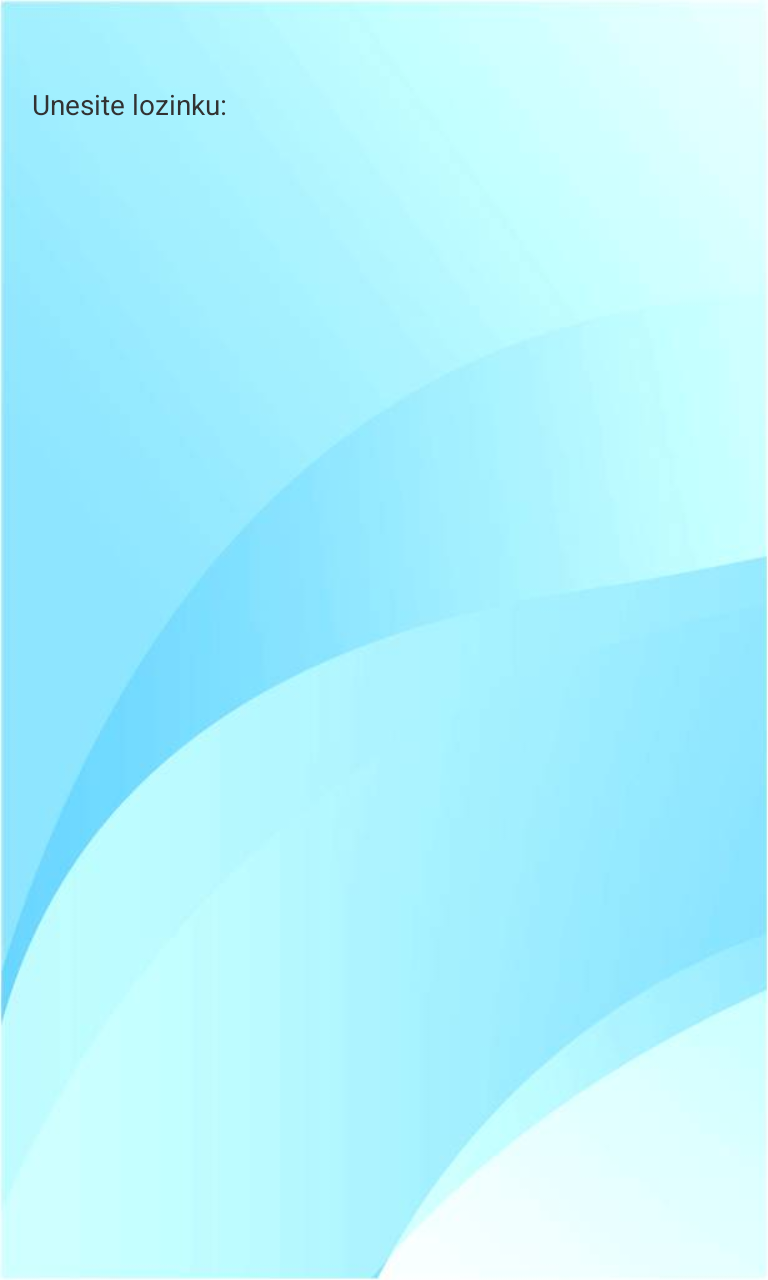
Repository: Anka123/OsobniBankar
Layout: Aplikacija/res/layout/login.xml
These files come from the project's save history. The layout is drawn as it stood at one moment and after the next save; the edit follows.
It is drawn on a 768 x 1280 px phone screen (xhdpi) without system bars, with theme AppTheme; the app's code is not run.

Above is the layout before, as saved 2015-03-20 16:58:34.

After the next save:
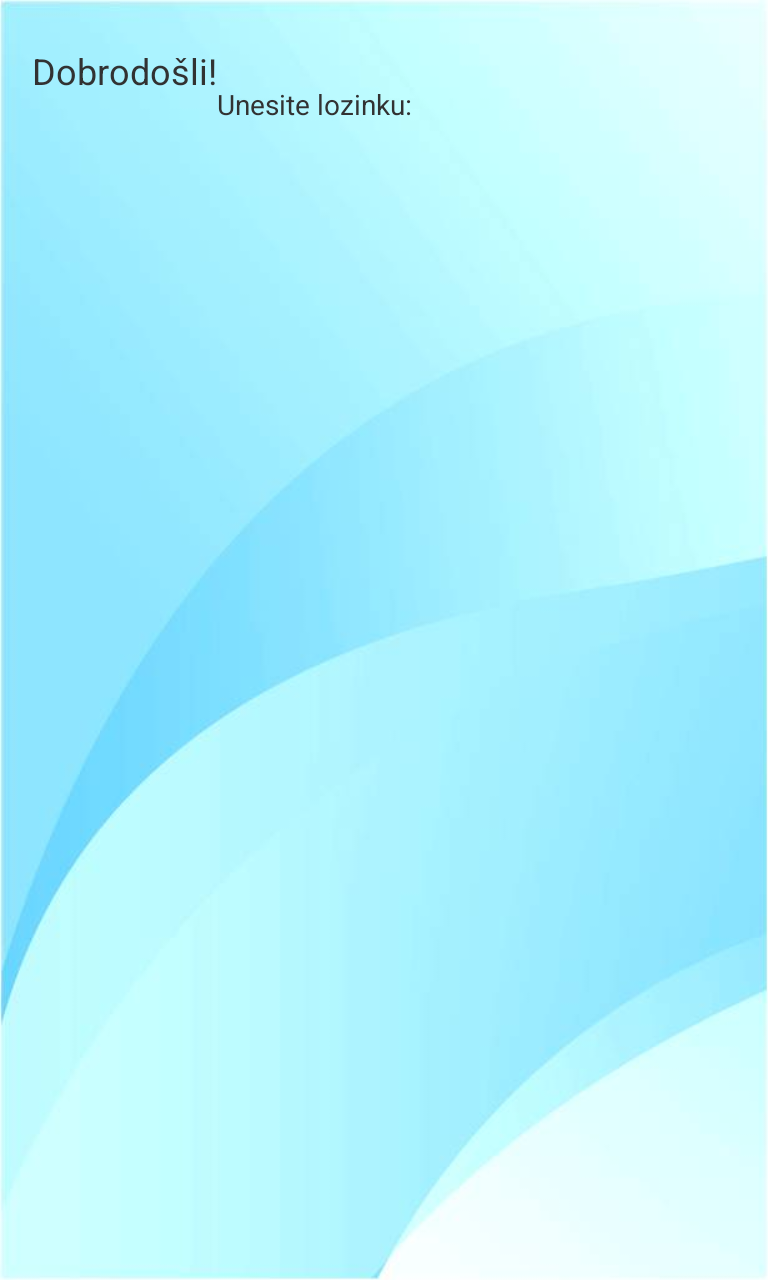
Saved 36 s later.
--- a/Aplikacija/res/layout/login.xml
+++ b/Aplikacija/res/layout/login.xml
@@ -10,6 +10,15 @@
     tools:context=".MainActivity"
     android:background="@drawable/background2" >
 
+    <TextView
+         android:id="@+id/txtDobrodosli"
+         android:layout_width="wrap_content"
+         android:layout_height="wrap_content"
+         android:layout_below="@+id/radioGroup1"
+         android:layout_centerHorizontal="true"
+         android:textSize="18sp"
+         android:fontFamily="sans-serif"
+         android:text="@string/dobrodosli" />
     <TextView
         android:id="@+id/txtLozinka"
         android:layout_width="match_parent"
